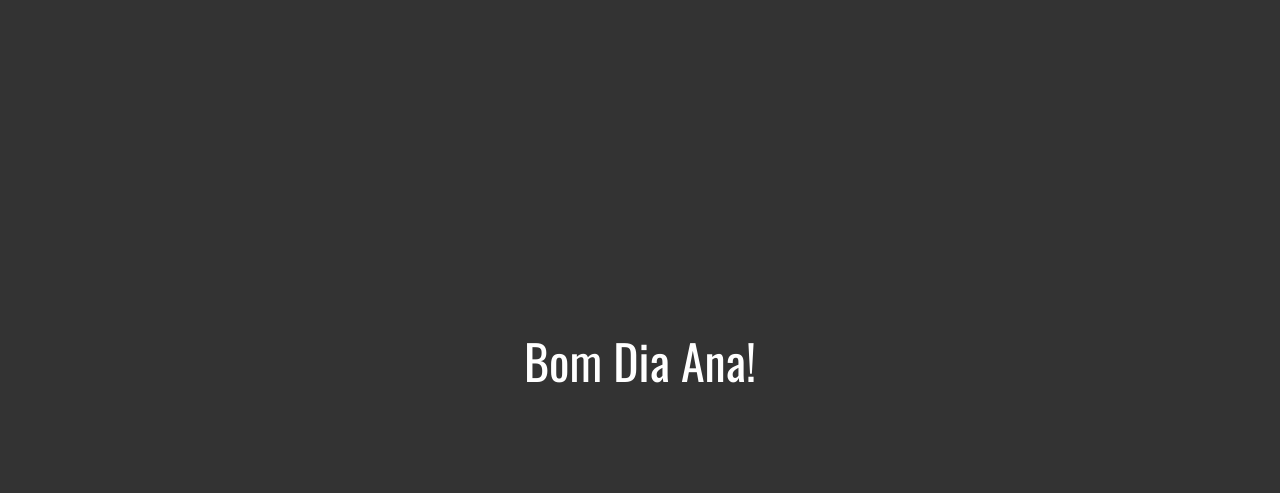
Repository: WillianPer/VUE
Page: exercicios/componente.html
The author's editor kept a copy of each file at every save. The page is drawn from the files as they stood at one save, then again after the next save.
The browser window is 1280 px wide. The pictures show the whole page.

Above is the page before, as saved 2022-08-17 22:13:22.

After the next save:
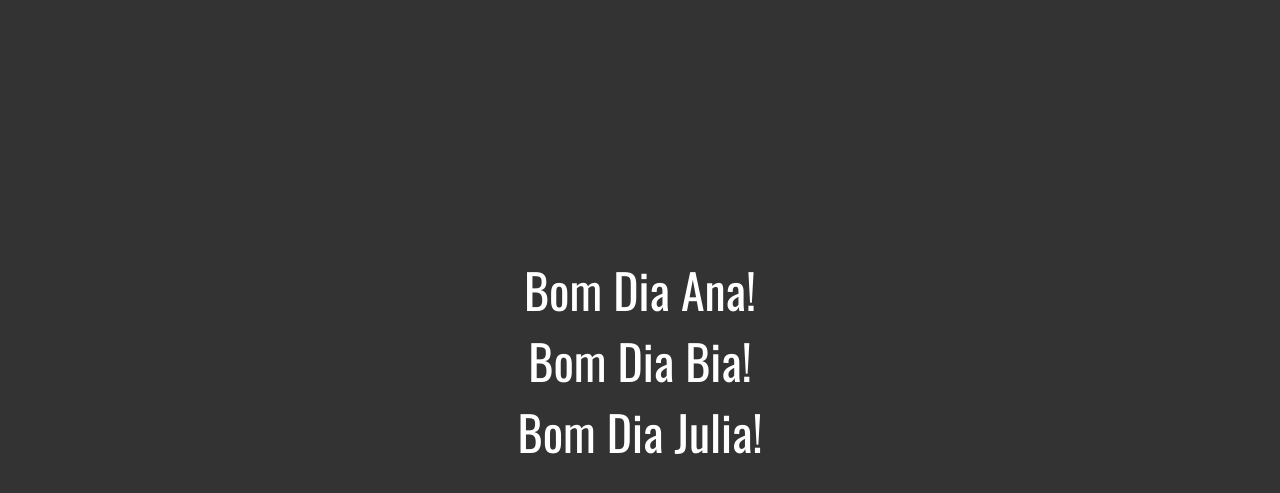
Saved 58 s later.
--- a/exercicios/componente.html
+++ b/exercicios/componente.html
@@ -9,6 +9,8 @@
 <body class="exercicio">
     <div id="app">
         <saudacao nome="Ana"></saudacao>
+        <saudacao nome="Bia"></saudacao>
+        <saudacao nome="Julia"></saudacao>
     </div>
     <script>
         Vue.component('saudacao', {

After the save that followed:
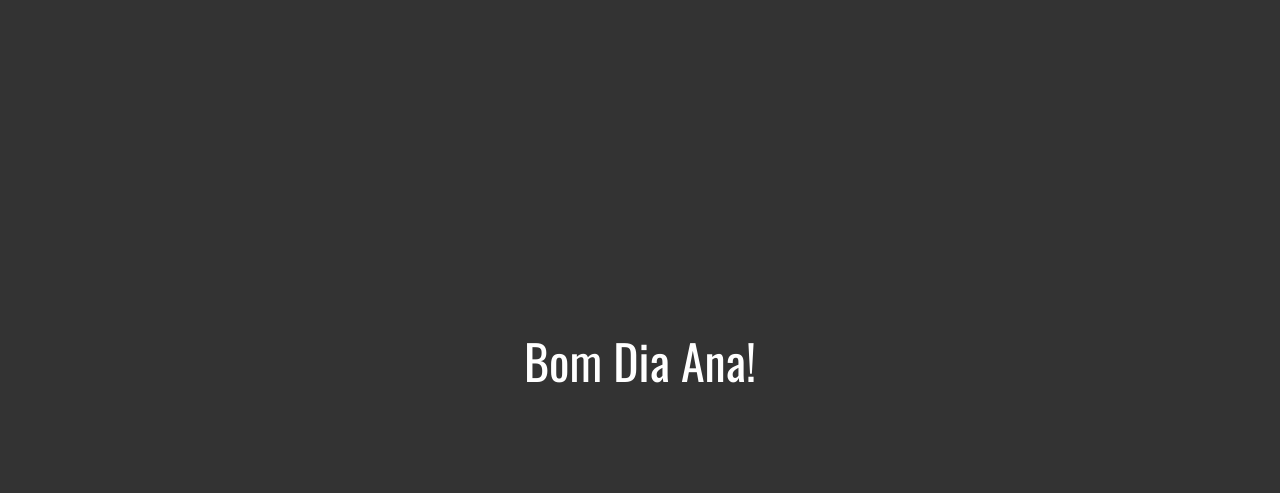
Saved 102 s later.
--- a/exercicios/componente.html
+++ b/exercicios/componente.html
@@ -8,7 +8,7 @@
 </head>
 <body class="exercicio">
     <div id="app">
-        <saudacao nome="Ana"></saudacao>
+        <saudacao nome="Ana">
         <saudacao nome="Bia"></saudacao>
         <saudacao nome="Julia"></saudacao>
     </div>
